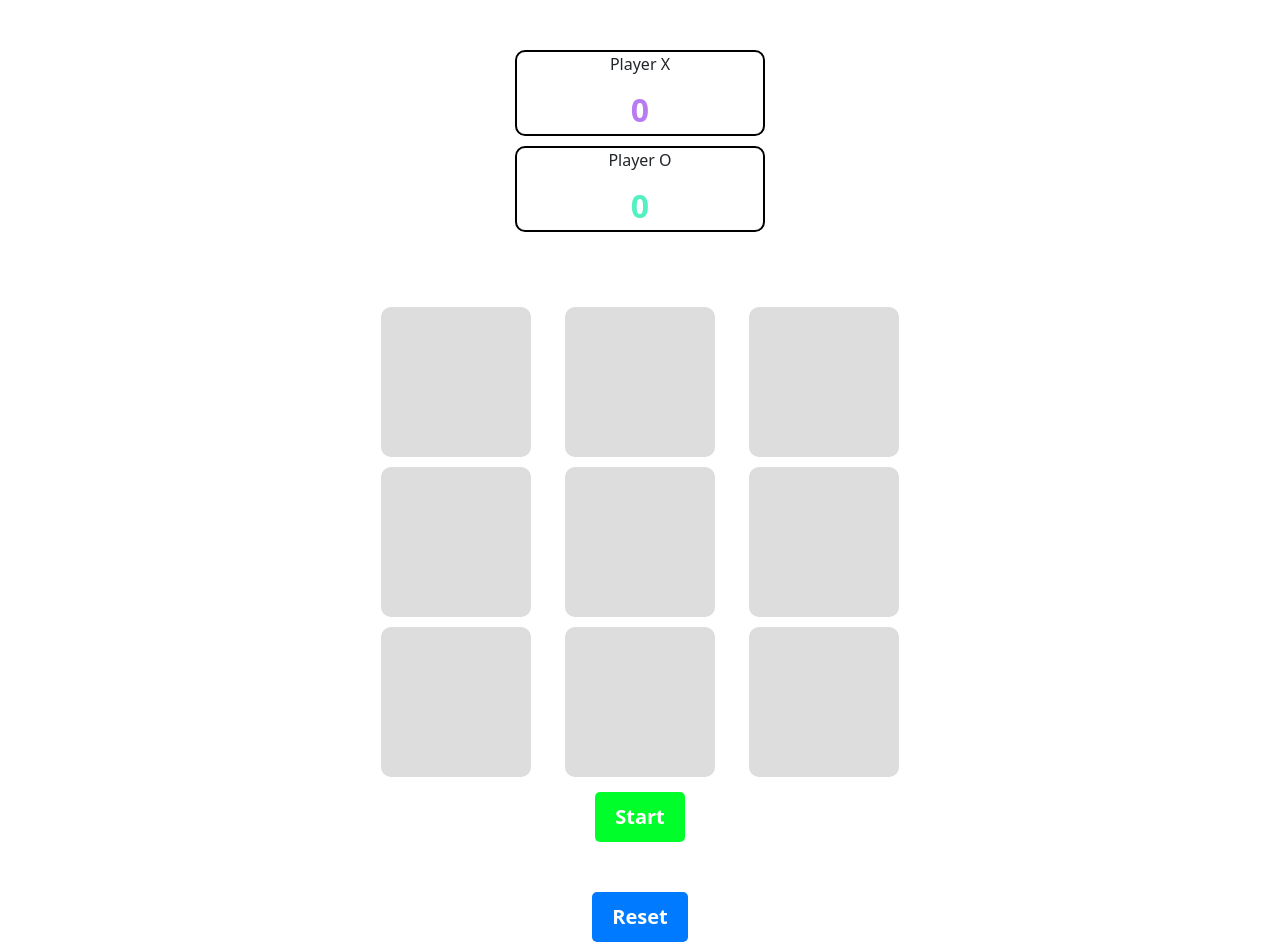
Repository: woodsdeshe/Tic-Tac-Toe
Page: index.html
These files come from the project's save history. The page is drawn as it stood at one moment and after the next save; the edit follows.
The browser window is 1280 px wide. The pictures show the whole page.

Above is the page before, as saved 2023-03-31 21:33:27.

### index.html
<!DOCTYPE html>
<html lang="en">
  <head>
    <meta charset="UTF-8" />
    <meta http-equiv="X-UA-Compatible" content="IE=edge" />
    <meta name="viewport" content="width=device-width, initial-scale=1.0" />
    <title>Tic Tac Toe | DeShe Woods</title>
    <link rel="stylesheet" href="styles.css" />
    <link
      href="https://cdn.jsdelivr.net/npm/bootstrap@5.3.0-alpha2/dist/css/bootstrap.min.css"
      rel="stylesheet"
      integrity="sha384-aFq/bzH65dt+w6FI2ooMVUpc+21e0SRygnTpmBvdBgSdnuTN7QbdgL+OapgHtvPp"
      crossorigin="anonymous"
    />
  </head>
  <body>
    <div class="container">
      <div class="row">
        <div class="col-12 scoreboard scoreboard-left">
          <div>Player X</div>
          <div class="score-x">0</div>
        </div>
        <div class="col-12 scoreboard scoreboard-right">
          <div>Player O</div>
          <div class="score-o">0</div>
        </div>
      </div>
      <div class="message"></div>
      <div class="container game-board">
        <div class="row">
          <div class="col-4">
            <div class="tile square-1"></div>
          </div>
          <div class="col-4">
            <div class="tile square-2"></div>
          </div>
          <div class="col-4">
            <div class="tile square-3"></div>
          </div>
        </div>
        <div class="row">
          <div class="col-4">
            <div class="tile square-4"></div>
          </div>
          <div class="col-4">
            <div class="tile square-5"></div>
          </div>
          <div class="col-4">
            <div class="tile square-6"></div>
          </div>
        </div>
        <div class="row">
          <div class="col-4">
            <div class="tile square-7"></div>
          </div>
          <div class="col-4">
            <div class="tile square-8"></div>
          </div>
          <div class="col-4">
            <div class="tile square-9"></div>
          </div>
        </div>
      </div>
        <div class="start">
            <button class="startBtn">Start</button>
        </div>
        <div class="reset">
            <button class="reset-btn">Reset</button>
        </div>
    </div>
    <script
      src="https://cdn.jsdelivr.net/npm/bootstrap@5.3.0-alpha2/dist/js/bootstrap.bundle.min.js"
      integrity="sha384-qKXV1j0HvMUeCBQ+QVp7JcfGl760yU08IQ+GpUo5hlbpg51QRiuqHAJz8+BrxE/N"
      crossorigin="anonymous"
    ></script>
    <script src="script.js"></script>
  </body>
</html>

### styles.css
.container {
  display: flex;
  flex-direction: column;
  align-items: center;
  margin-top: 50px;
}

.scoreboard {
  display: flex;
  flex-direction: column;
  align-items: center;
  border: 2px solid black;
  border-radius: 10px;
  width: 200px;
}

.scoreboard-left {
  margin-right: 70px;
  margin-bottom: 10px;
}

.scoreboard-right {
  margin: 0;
}

.score-x {
  font-size: 48px;
  color: rgb(184, 123, 241);
}

.score-o {
  font-size: 48px;
  color: rgb(83, 240, 193);
}

.score-x,
.score-o {
  font-size: 2em;
  font-weight: bold;
  margin-top: 10px;
}

.message {
  font-size: 2em;
  margin-bottom: 20px;
}

.game-board {
  display: flex;
  justify-content: center;
}

.tile {
  width: 150px;
  height: 150px;
  background-color: #ddd;
  margin: 5px;
  border-radius: 10px;
  display: flex;
  justify-content: center;
  align-items: center;
  font-size: 50px;
  font-weight: bold;
  cursor: pointer;
}

.startBtn {
    font-size: 20px;
    font-weight: bold;
    padding: 10px 20px;
    background-color: #00ff2a;
    color: white;
    border-radius: 5px;
    border: none;
    cursor: pointer;
}

.reset {
  text-align: center;
  margin-top: 50px;
}

.reset-btn {
  font-size: 20px;
  font-weight: bold;
  padding: 10px 20px;
  background-color: #007bff;
  color: white;
  border-radius: 5px;
  border: none;
  cursor: pointer;
}

.start {
    text-align: center;
    margin-top: 10px;
}

.x-symbol {
    color: rgb(184, 123, 241);
}

.o-symbol {
    color: rgb(83, 240, 193);
}

@media (max-width: 767px) {
  .scoreboard {
    margin-bottom: 20px;
  }
}

### script.js
// Variables that access the squares, reset button, scoreboards , and messaging for the game that will stay constant
const gameBoard = document.querySelector(".game-board");
const resetBtn = document.querySelector(".reset-btn");
const scoreboardX = document.querySelector(".score-x");
const scoreboardO = document.querySelector(".score-o");
const message = document.querySelector(".message");
const tile = document.querySelectorAll(".tile");

// Variables that access the current player, game over, X and O scores that will change based on conditions of the game
let currentPlayer = "X";
let gameOver = false;
let xScore = 0;
let oScore = 0;

// This event listener will check to see if the tiles are empty and will fill them with the symbol of the current player

gameBoard.addEventListener("click", (event) => {
  event.preventDefault();

  //This if statement checks to see if the game is over before allowing the players to continue playing. If gameOver is true, then the board becomes unclickable
  if (gameOver) {
    return;
  }

  // This variable will hold the square that gets clicked using the .target property
  const square = event.target;

  // Checks to see if the square contains a class of tile and the square is empty. If it's empty then the square will contain a symbol and alternate the symbol according to the current player
  if (square.classList.contains("tile") && square.textContent === "") {
    // This if statement adds or removes the appropriate symbol class based on the current player so that the colors of the symbols will be different
    if (currentPlayer === "X") {
      square.classList.add("x-symbol");
      square.classList.remove("o-symbol");
    } else {
      square.classList.add("o-symbol");
      square.classList.remove("x-symbol");
    }

    square.textContent = currentPlayer;

    //Updates the message variable to show who's turn it is on the screen
    message.textContent = `It's ${currentPlayer} turn`;

    currentPlayer = currentPlayer === "X" ? "O" : "X";
  }

  //Calls the checkForWinner function after each turn to see if a player has won
  checkForWinner();
});

// Check to see if the tiles contain a winning play of a specific player
function currentPlay(plays, player) {
  // The .every method checks through every tile within the player array that checks to see if they contain the current players symbol with a boolean "true" or "false"
  return plays.every((tile) => {
    tileElement = document.querySelector(`.square-${tile}`);
    return tileElement.textContent === player;
  });
}

// This function will check to see which player has the winning set after each move
function checkForWinner() {
  // Nested arrays that show all the winning plays that are needed to win
  const winningPlays = [
    [1, 2, 3],
    [4, 5, 6],
    [7, 8, 9],
    [1, 4, 7],
    [2, 5, 8],
    [3, 6, 9],
    [1, 5, 9],
    [3, 5, 7],
  ];

  // Loops through each array within "winingPlays" and stores the values in the variable "plays"
  for (let i = 0; i < winningPlays.length; i++) {
    const plays = winningPlays[i];

    // Create if/else conditions that will check to see if the current player has a winning play thats in 'winningPlays', if no one wins, it calls the "itsATie" function to alert the players that the game is over and prevents the players from continuing to play using th endGame function"
    if (currentPlay(plays, "X")) {
      xScore++;
      scoreboardX.textContent = xScore;
      message.textContent = "Player X Wins!";
      gameOver = true;
      endGame();
    } else if (currentPlay(plays, "O")) {
      oScore++;
      scoreboardO.textContent = oScore;
      message.textContent = "Player O Wins!";
      gameOver = true;
      endGame();
    } else if (itsATie()) {
      message.textContent = "Game over! It's a tie!!!";
      gameOver = true;
      endGame();
    }
  }

  // This function iterates through all the tiles on the board and checks to see if the board is full. If there isn't any empty tiles left, it returns true.
  function itsATie() {
    for (let i = 0; i < tile.length; i++) {
      if (tile[i].textContent === "") {
        return false;
      }
    }
    return true;
  }

  // This function iterates through all the tiles in the game and removes the gameBoard listener so that the board is no longer clickable when the game is over
  function endGame() {
    for (let i = 0; i < tile.length; i++) {
      tile[i].removeEventListener("click", handleClick);
    }
  }
}

//This function resets the game
function resetGame() {
  currentPlayer = "X";
  gameOver = false;
  message.textContent = `It's ${currentPlayer} turn`;
  scoreboardX.textContent = "0";
  scoreboardO.textContent = "0";
  xScore = 0;
  oScore = 0;

  // Clears the board by setting the text content of all tiles to an empty string
  tile.forEach((tile) => {
    tile.textContent = "";
  });

  // Add back the event listener to each tile so that they are clickable again
  tile.forEach((tile) => {
    tile.addEventListener("click", handleTileClick);
  });
}

resetBtn.addEventListener("click", () => {
  resetGame();
});

After the next save:
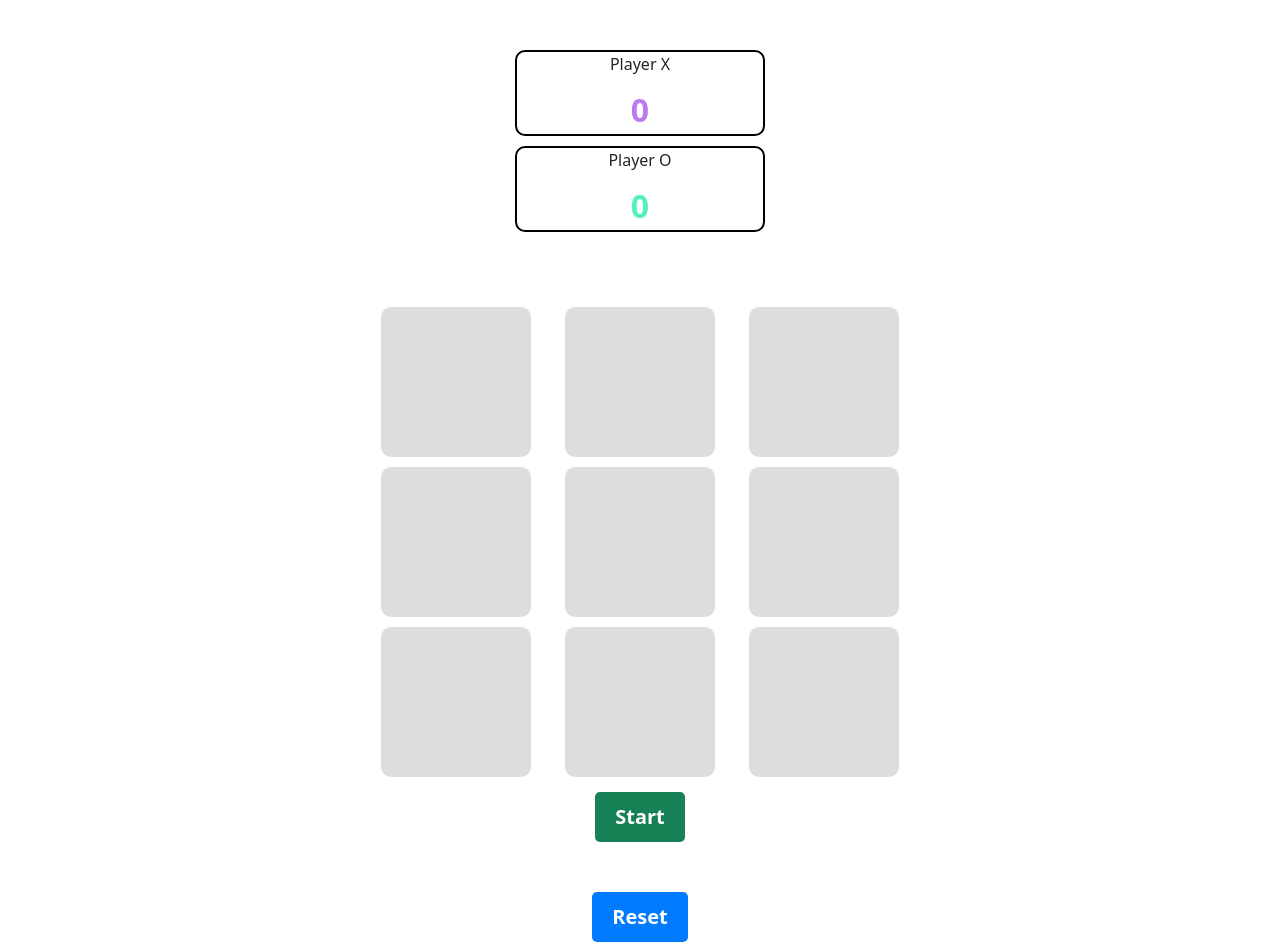
Saved 4 s later.
--- a/styles.css
+++ b/styles.css
@@ -68,7 +68,7 @@
     font-size: 20px;
     font-weight: bold;
     padding: 10px 20px;
-    background-color: #00ff2a;
+    background-color: #158154;
     color: white;
     border-radius: 5px;
     border: none;
